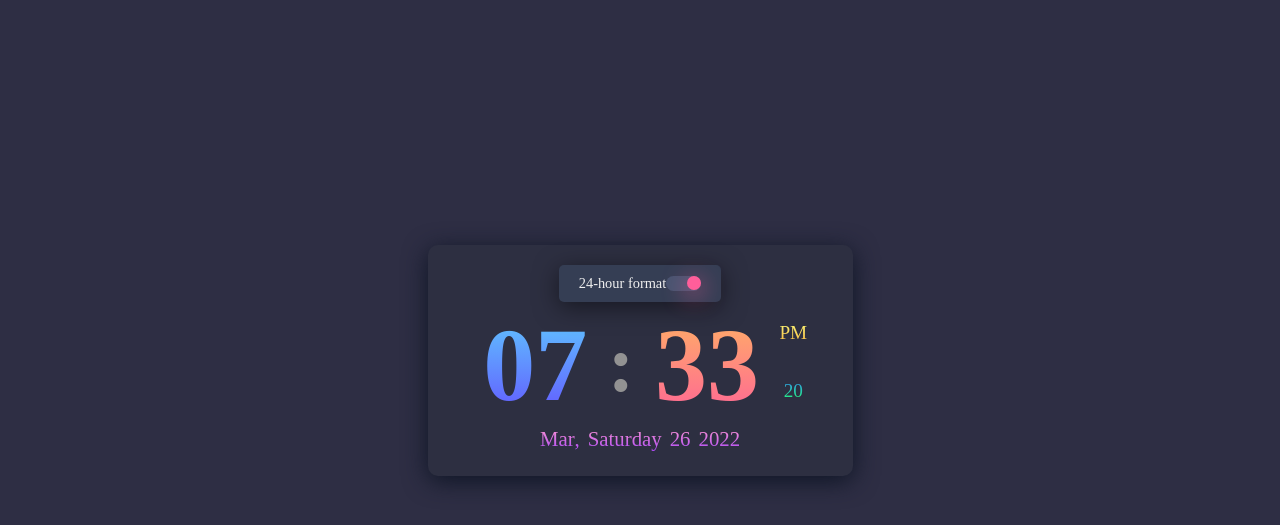
Repository: QUANGTHAI2003/digital-clock
Page: index.html
The author's editor kept a copy of each file at every save. The page is drawn from the files as they stood at one save, then again after the next save.
The browser window is 1280 px wide. The pictures show the whole page.
Some icons come from a web library that is not loaded, so they are not drawn.

Above is the page before, as saved 2022-03-26 23:31:17.
Console error: TypeError: year.addEventListener is not a function

### index.html
<!DOCTYPE html>
<html lang="en">
    <head>
        <meta charset="UTF-8" />
        <meta http-equiv="X-UA-Compatible" content="IE=edge" />
        <meta name="viewport" content="width=device-width, initial-scale=1.0" />
        <title>Digital-Clock</title>
        <link rel="stylesheet" href="style.css" />
        <link rel="stylesheet" href="https://unicons.iconscout.com/release/v4.0.0/css/line.css" />
    </head>
    <body>
        <div class="digital-clock">
            <i class="uil uil-ellipsis-v dot-menu-btn"></i>
            <ul class="dot-menu">
                <li class="menu-item">
                    <span class="clock-format-text">24-hour format</span>
                    <div class="format-switch-btn"></div>
                </li>
            </ul>
            <div class="time">
                <span class="hours">00</span>
                <span class="dots">:</span>
                <span class="minutes">00</span>
                <div class="right-side">
                    <span class="period">AN/PM</span>
                    <span class="seconds">00</span>
                </div>
            </div>
            <div class="calendar">
                <span class="month-name">Mar</span>,
                <span class="day-name">Sunday</span>
                <span class="day-number">6</span>
                <span class="year">2022</span>
            </div>
        </div>
        <script src="./app.js"></script>
    </body>
</html>

### style.css
@import url('https://fonts.googleapis.com/css2?family=Poppins:ital,wght@0,100;0,200;0,300;0,400;0,500;0,600;0,700;0,800;0,900;1,100;1,200;1,300;1,400;1,500;1,600;1,700;1,800;1,900&display=swap');

* {
    margin: 0;
    padding: 0;
    box-sizing: border-box;
    font-family: 'Poppins'sans-serif;
}

body {
    min-height: 100vh;
    display: flex;
    justify-content: center;
    align-items: center;
    background: #2e2e44;
}

.digital-clock {
    position: relative;
    color: #fff;
    background: #2d2f41;
    width: 425px;
    padding: 20px 45px;
    box-shadow: 0 5px 25px rgba(14, 21, 37, 08);
    border-radius: 10px;
    display: flex;
    justify-content: center;
    align-items: center;
    flex-direction: column;
}

.time {
    position: relative;
    display: flex;
    justify-content: center;
    align-items: center;
}

.hours,
.dots,
.minutes {
    display: flex;
    justify-content: center;
    align-items: center;
    font-weight: 600;
    padding: 0 10px;
    line-height: 125px;
}

.hours,
.minutes {
    font-size: 6.5em;
    width: 125px;
}

.dots {
    font-size: 5em;
    color: #929292;
}

.hours {
    background: -webkit-linear-gradient(90deg, #634dff, #5fd4ff);
    -webkit-text-fill-color: transparent;
    -webkit-background-clip: text;
}

.minutes {
    background: -webkit-linear-gradient(90deg, #ff5e9a, #ffb960);
    -webkit-text-fill-color: transparent;
    -webkit-background-clip: text;
}

.right-side {
    position: relative;
    display: flex;
    justify-content: center;
    align-items: center;
    flex-direction: column;
    margin-left: 10px;
}

.period,
.seconds {
    font-size: 1.2em;
    font-weight: 500;
}

.period {
    transform: translateY(-20px);
    background: -webkit-linear-gradient(90deg, #f7b63f, #faf879);
    -webkit-text-fill-color: transparent;
    -webkit-background-clip: text;
}

.seconds {
    transform: translateY(16px);
    background: -webkit-linear-gradient(90deg, #24ff6d, #2f93f1);
    -webkit-text-fill-color: transparent;
    -webkit-background-clip: text;
}

.calendar {
    display: flex;
    justify-content: center;
    align-items: center;
    font-size: 1.3em;
    font-weight: 500;
    margin-bottom: 5px;
    background: -webkit-linear-gradient(90deg, #ae4af6, #ff98d1);
    -webkit-text-fill-color: transparent;
    -webkit-background-clip: text;
}

.day-name,
.day-number,
.year {
    margin-left: 8px;
}

.dot-menu-btn {
    position: absolute;
    top: 0;
    right: 0;
    margin: 10px;
    color: #efefef;
    font-size: 1.5em;
    cursor: pointer;
}

.dot-menu {
    z-index: 999;
    list-style: none;
    background: #353e54;
    padding: 10px 20px;
    border-radius: 5px;
    box-shadow: 0 5px 25px rgba(0, 0, 0, 0.5);
}

.menu-item {
    display: flex;
    justify-content: center;
    align-items: center;
}

.clock-format-text {
    color: #efefef;
    font-size: 0.9em;
}

.format-switch-btn {
    width: 35px;
    height: 15px;
    background: #485470;
    border-radius: 75px;
    box-shadow: inset 2px 2px 4px rgba(255, 255, 255, 0.1),
        inset -2px 2px -4px rgba(0, 0, 0, 0.2);
    cursor: pointer;
    display: flex;
    justify-content: center;
    align-items: center;
}

.format-switch-btn::before {
    content: "";
    position: absolute;
    width: 14px;
    height: 14px;
    background: #ff5e9a;
    border-radius: 50%;
    box-shadow: 0 5px 25px #ff5e9a;
    transform: translateX(10px)
}

### app.js
function clock() {
    var today = new Date();
    var hours = today.getHours();
    var minutes = today.getMinutes();
    var seconds = today.getSeconds();
    var period = "AM"

    // Set the time period(AM or PM)
    if (hours >= 12) {
        period = "PM";
    }
    // Set the 12-hour clock format
    hours = hours > 12 ? hours % 12 : hours

    // Add the 0 for the values of lower than 10
    if (hours < 10) {
        hours = "0" + hours;
    }
    if (minutes < 10) {
        minutes = "0" + minutes;
    }
    if (seconds < 10) {
        seconds = "0" + seconds;
    }

    document.querySelector(".hours").innerHTML = hours;
    document.querySelector(".minutes").innerHTML = minutes;
    document.querySelector(".seconds").innerHTML = seconds;
    document.querySelector(".period").innerHTML = period;
}

var updateClock = setInterval(clock, 1000);

// Get the date in javascript
var today = new Date();
const dayNumber = today.getDate();
const year = today.getFullYear();
const dayName = today.toLocaleString('default', { weekday: 'long' });
const monthName = today.toLocaleString('default', { month: 'short' });

document.querySelector(".month-name").innerHTML = monthName;
document.querySelector(".day-name").innerHTML = dayName;
document.querySelector(".day-number").innerHTML = dayNumber;
document.querySelector(".year").innerHTML = year;

year.addEventListener("click", function () {
    alert("The year is " + year);
});

After the next save:
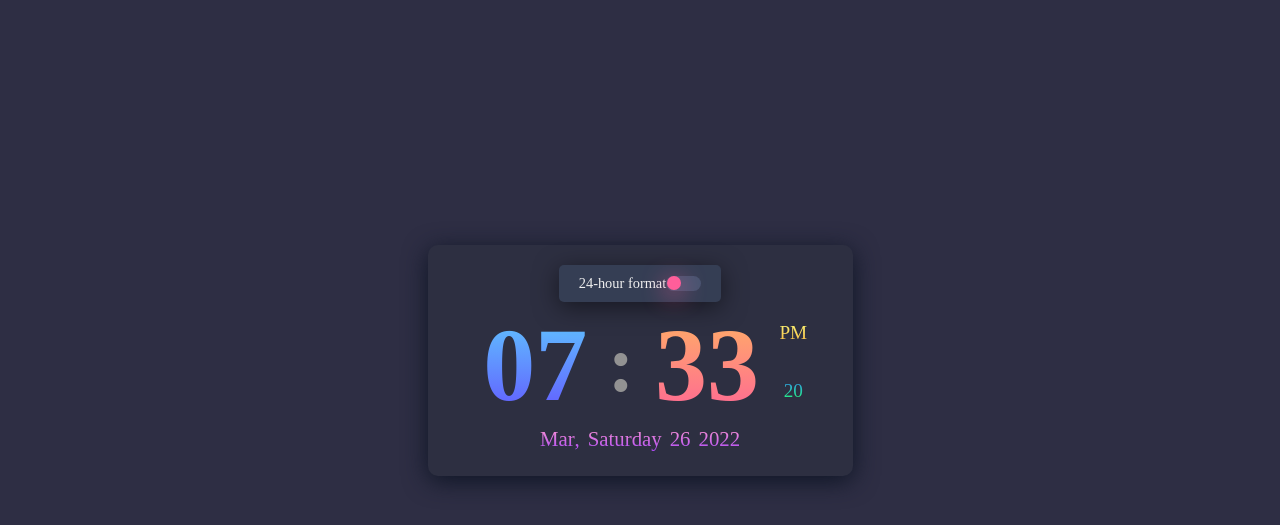
Saved 10 s later.
--- a/style.css
+++ b/style.css
@@ -168,5 +168,5 @@ body {
     background: #ff5e9a;
     border-radius: 50%;
     box-shadow: 0 5px 25px #ff5e9a;
-    transform: translateX(10px)
+    transform: translateX(-10px)
 }
